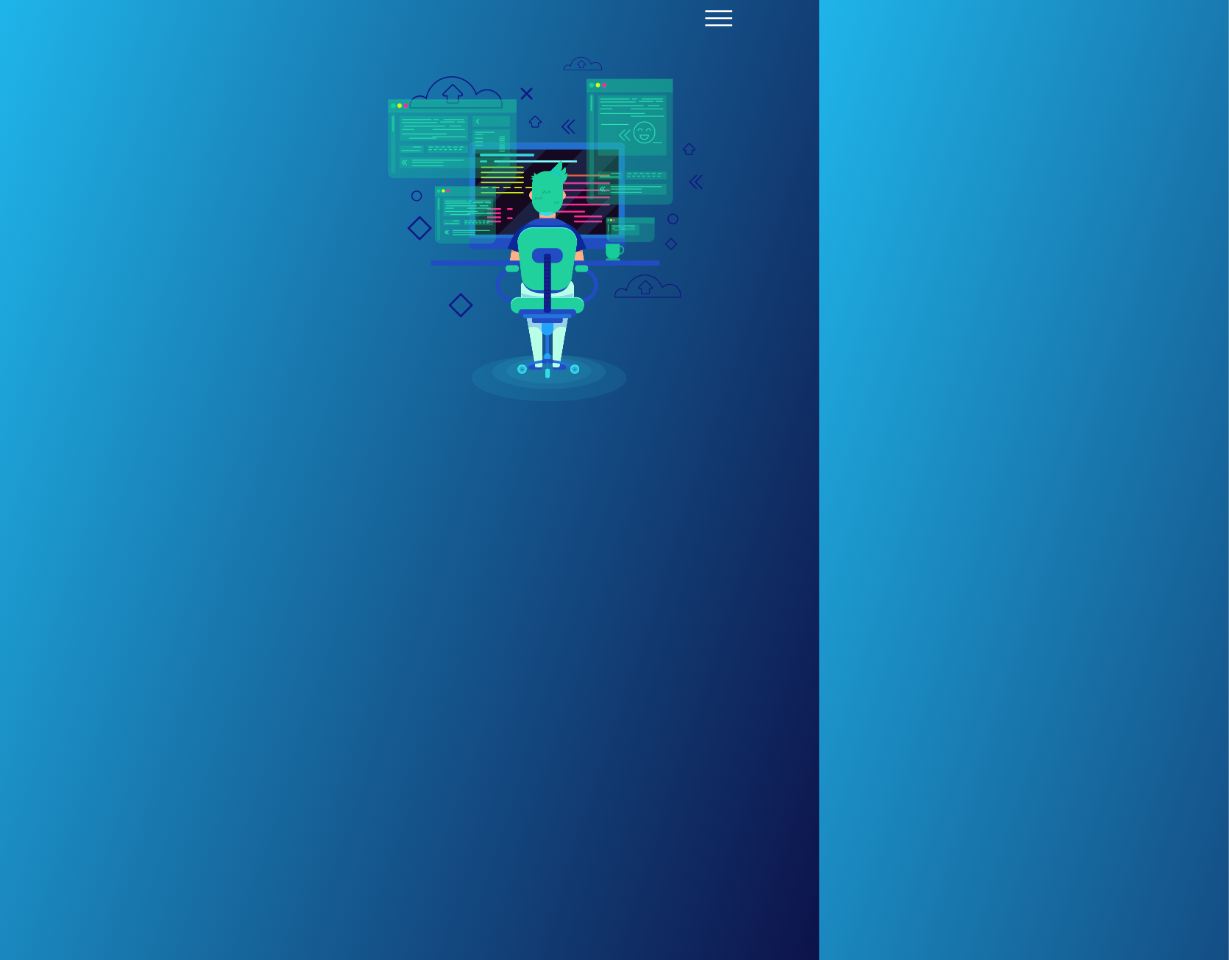
Repository: JuanPabloDS/portifolio
Page: http://localhost/
An editor plug-in stored every save of this project. The page is shown before and after the next save, followed by the edit.
The browser window is 1280 px wide. The page is 1920 px wide, so the pictures cover 1920 px, including what lies to the right of the window. The pictures show the whole page, at 64% of full size.
The page is served by the project's application, run on Django 4.2 (manage.py).

Above is the page before, as saved 2023-02-24 17:51:26.

After the next save:
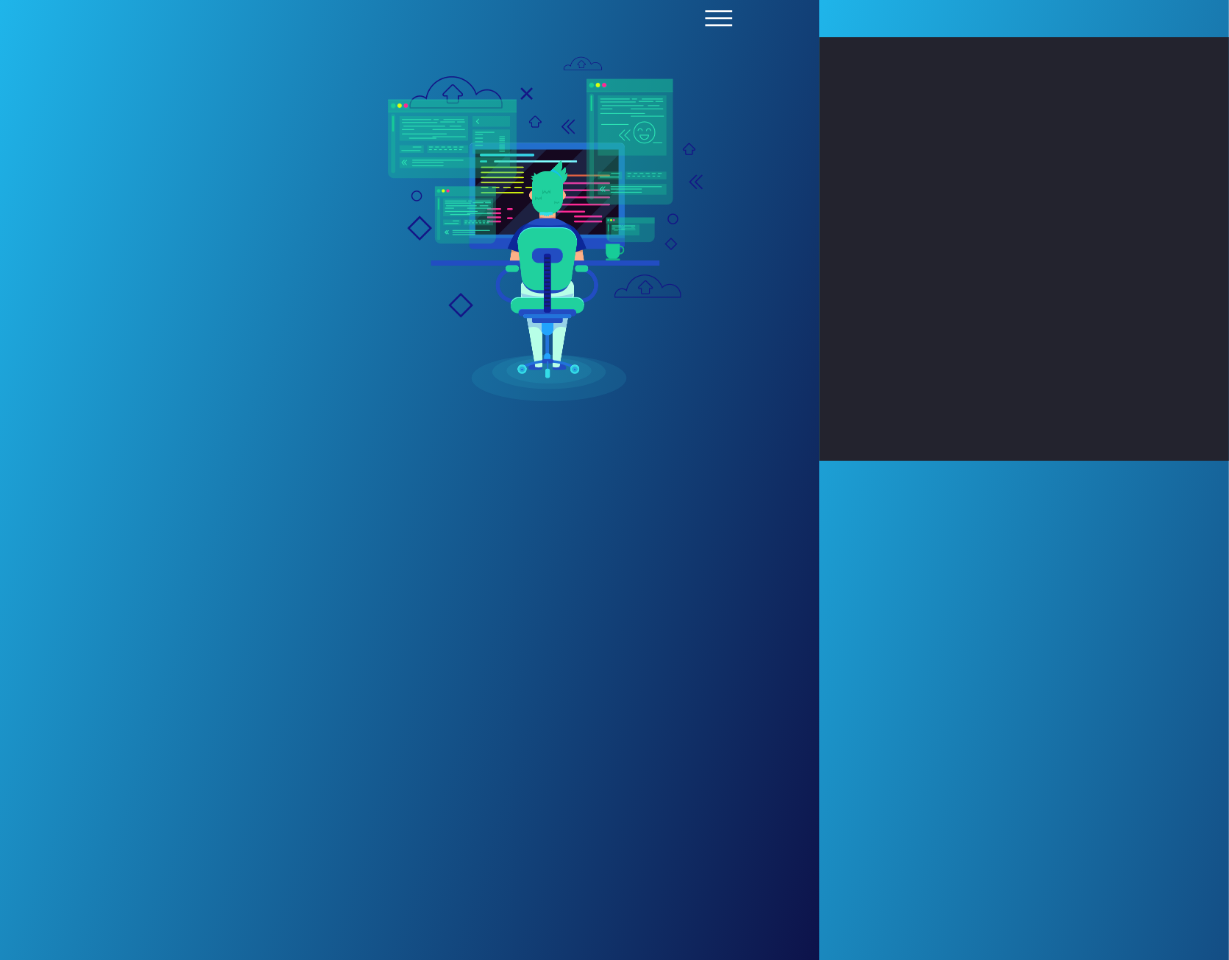
Saved 53 s later.
--- a/core/static/css/style.css
+++ b/core/static/css/style.css
@@ -82,7 +82,7 @@ body{
       right: 0;
       width: 50vw;
       height: 92vh;
-      background: transparent;
+      background: #23232e;
       flex-direction: column;
       align-items: center;
       justify-content: space-around;
